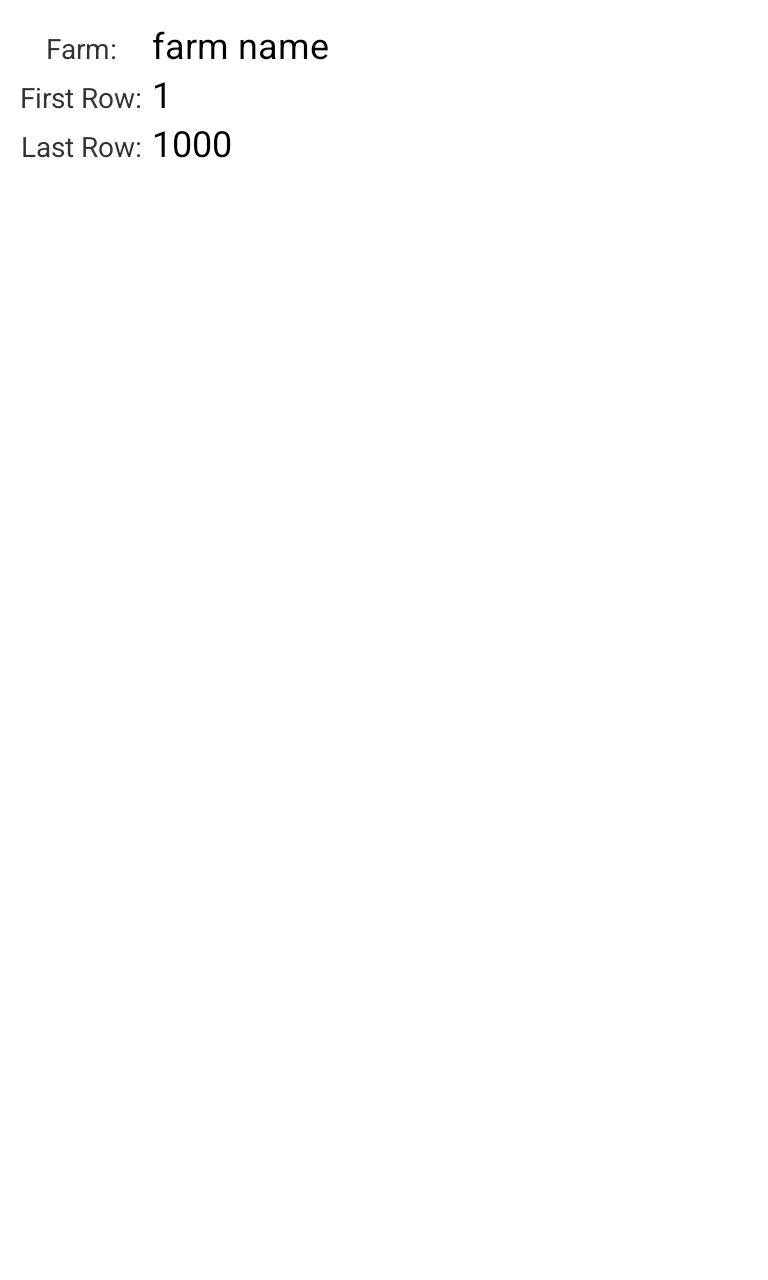
Repository: cokembel/FarmHand
Layout: FarmHand/res/layout/view_farm.xml
An editor plug-in stored every save of this project. The layout is shown before and after the next save, followed by the edit.
It is drawn on a 768 x 1280 px phone screen (xhdpi) without system bars, with theme AppTheme; the app's code is not run.

Above is the layout before, as saved 2012-12-10 21:17:10.

### FarmHand/res/layout/view_farm.xml

    <TableLayout xmlns:android="http://schemas.android.com/apk/res/android"
        android:layout_width="fill_parent"
        android:layout_height="fill_parent"
        android:padding="10dp" >
	   <TableRow
	            android:id="@+id/tableRow1"
	            android:layout_width="wrap_content"
	            android:layout_height="wrap_content" >

	            <TextView
	                android:id="@+id/farm_label"
	                android:layout_width="wrap_content"
	                android:layout_height="wrap_content"
	                android:gravity="center"
	                android:text="Farm:" />

	            <TextView
	                android:id="@+id/textView2"
	                android:layout_width="wrap_content"
	                android:layout_height="wrap_content"
	                android:paddingLeft="5dp"
	                android:text="farm name"
	                android:textAppearance="?android:attr/textAppearanceMedium" />

	        </TableRow>

	        <TableRow
	            android:id="@+id/tableRow2"
	            android:layout_width="wrap_content"
	            android:layout_height="wrap_content" >

	            <TextView
	                android:id="@+id/first_row"
	                android:layout_width="wrap_content"
	                android:layout_height="wrap_content"
	                android:gravity="right"
	                android:text="First Row:" />

	            <TextView
	                android:id="@+id/first_row_number"
	                android:layout_width="wrap_content"
	                android:layout_height="wrap_content"
	                android:paddingLeft="5dp"
	                android:text="1"
	                android:textAppearance="?android:attr/textAppearanceMedium" />

	        </TableRow>

	        <TableRow
	            android:id="@+id/tableRow3"
	            android:layout_width="wrap_content"
	            android:layout_height="wrap_content" >

	            <TextView
	                android:id="@+id/last_row"
	                android:layout_width="wrap_content"
	                android:layout_height="wrap_content"
	                android:gravity="right"
	                android:text="Last Row:" />

	            <TextView
	                android:id="@+id/last_row_number"
     	            android:paddingLeft="5dp"
	                android:layout_width="wrap_content"
	                android:layout_height="wrap_content"
	                android:text="1000"
	                android:textAppearance="?android:attr/textAppearanceMedium" />

	        </TableRow>


    </TableLayout>

Loaded but not shown: FarmHand/res/values-v11/styles.xml (common file); FarmHand/res/values-v14/styles.xml (common file); FarmHand/res/values/styles.xml (common file)

After the next save:
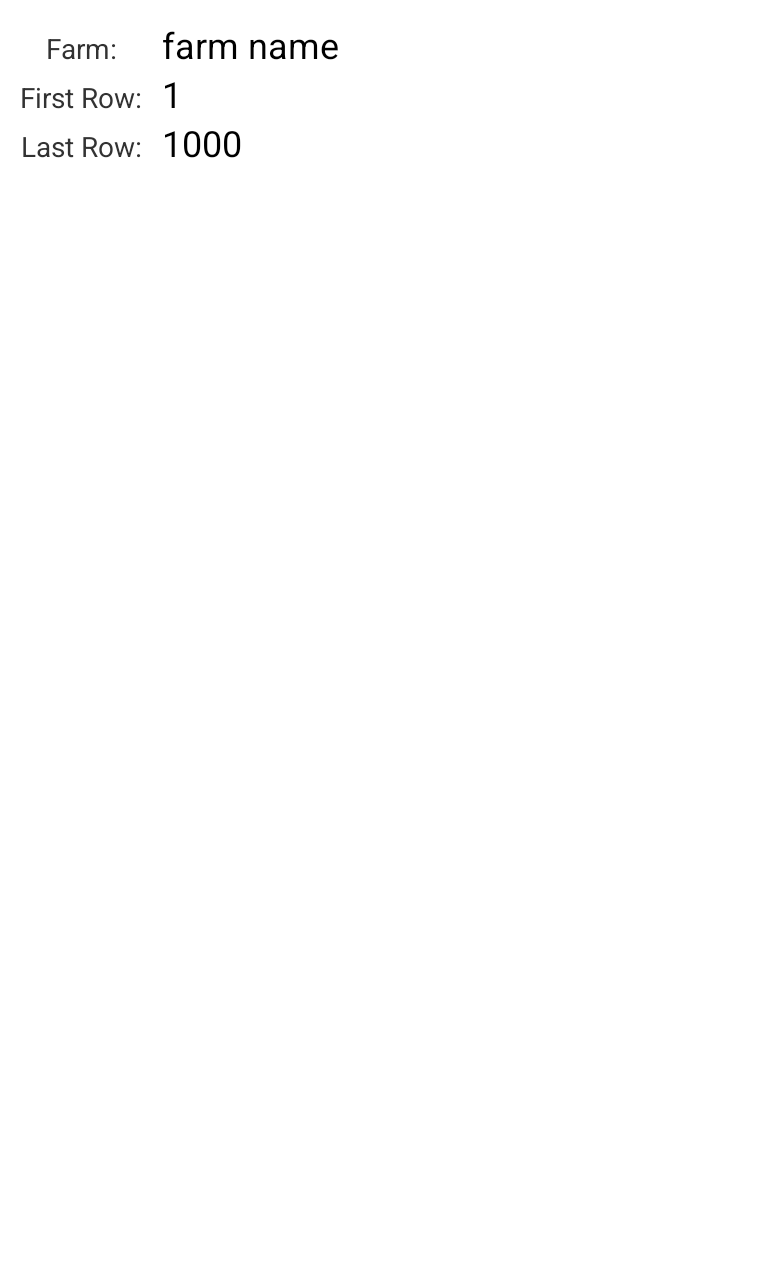
Saved 26 s later.
--- a/FarmHand/res/layout/view_farm.xml
+++ b/FarmHand/res/layout/view_farm.xml
@@ -19,7 +19,7 @@
 	                android:id="@+id/textView2"
 	                android:layout_width="wrap_content"
 	                android:layout_height="wrap_content"
-	                android:paddingLeft="5dp"
+	                android:paddingLeft="10dp"
 	                android:text="farm name"
 	                android:textAppearance="?android:attr/textAppearanceMedium" />
 
@@ -41,7 +41,7 @@
 	                android:id="@+id/first_row_number"
 	                android:layout_width="wrap_content"
 	                android:layout_height="wrap_content"
-	                android:paddingLeft="5dp"
+	                android:paddingLeft="10dp"
 	                android:text="1"
 	                android:textAppearance="?android:attr/textAppearanceMedium" />
 
@@ -61,7 +61,7 @@
 
 	            <TextView
 	                android:id="@+id/last_row_number"
-     	            android:paddingLeft="5dp"
+     	            android:paddingLeft="10dp"
 	                android:layout_width="wrap_content"
 	                android:layout_height="wrap_content"
 	                android:text="1000"
